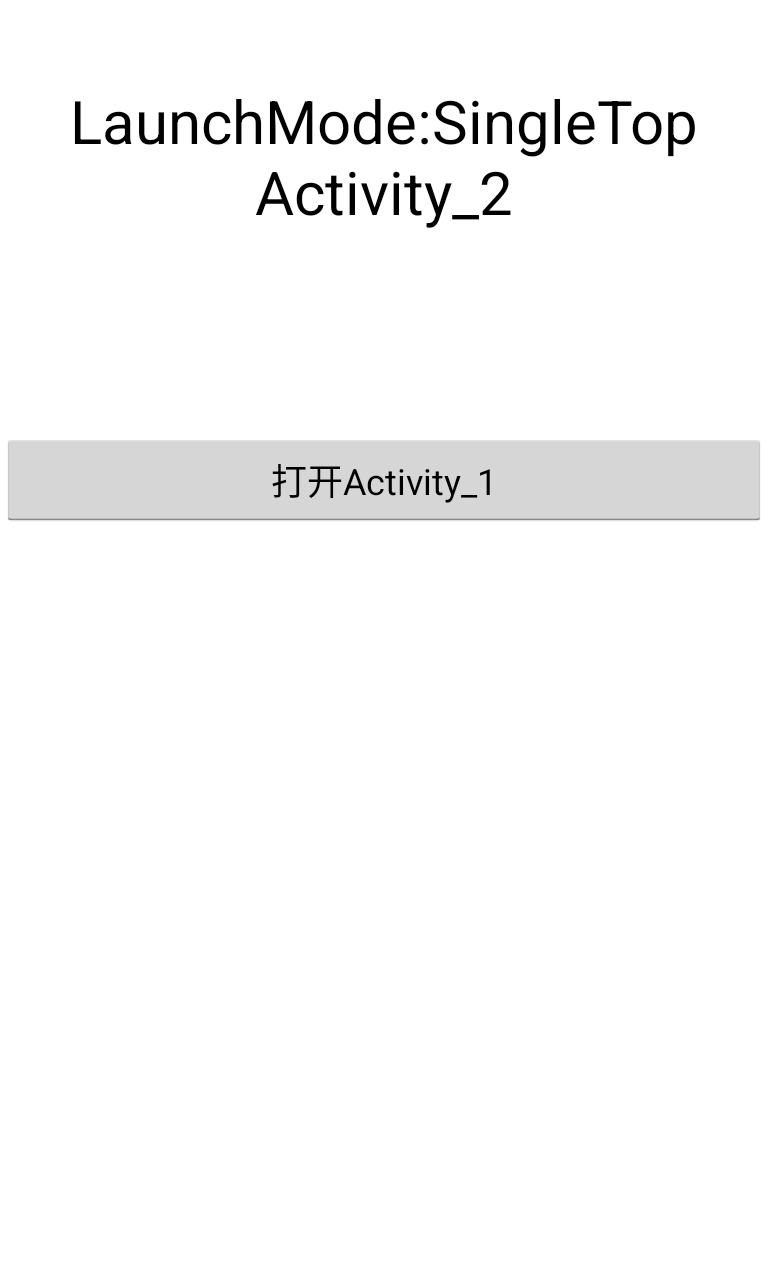
Repository: CiLiNet-Android/courseware
Layout: Android基本组件/Activity/SourceCodes/TaskStackDemo/res/layout/launchmode_singleinstance_activity_2.xml
The author's editor kept a copy of each file at every save. The layout is drawn from the files as they stood at one save, then again after the next save.
It is drawn on a 768 x 1280 px phone screen (xhdpi) without system bars, with theme AppTheme; the app's code is not run.

Above is the layout before, as saved 2013-11-23 12:16:45.

After the next save:
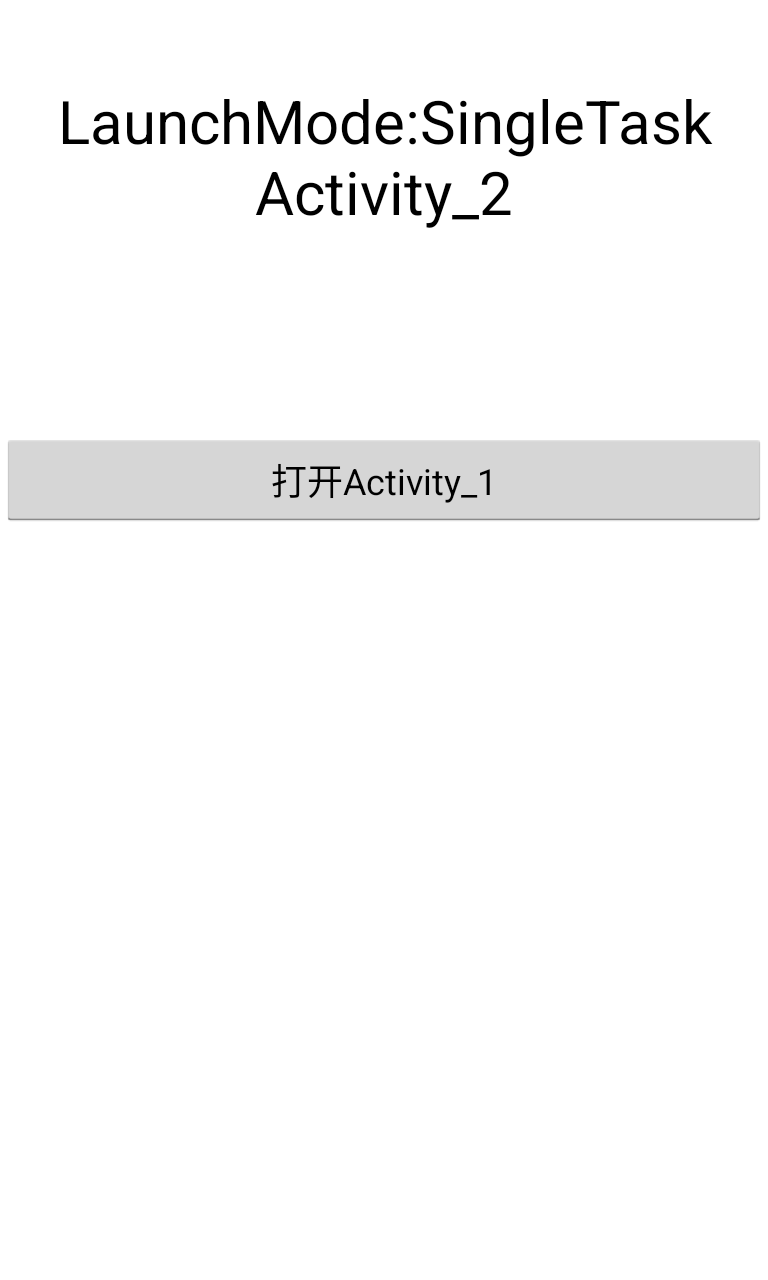
Saved 23 s later.
--- a/Android基本组件/Activity/SourceCodes/TaskStackDemo/res/layout/launchmode_singleinstance_activity_2.xml
+++ b/Android基本组件/Activity/SourceCodes/TaskStackDemo/res/layout/launchmode_singleinstance_activity_2.xml
@@ -8,7 +8,7 @@
         android:layout_width="match_parent"
         android:layout_height="wrap_content"
         android:layout_marginTop="40dp"
-        android:text="@string/launchMode_singleTop_activity_2"
+        android:text="@string/launchMode_singleTask_activity_2"
         android:textColor="#000"
         android:textSize="30sp"
         android:gravity="center"/>
